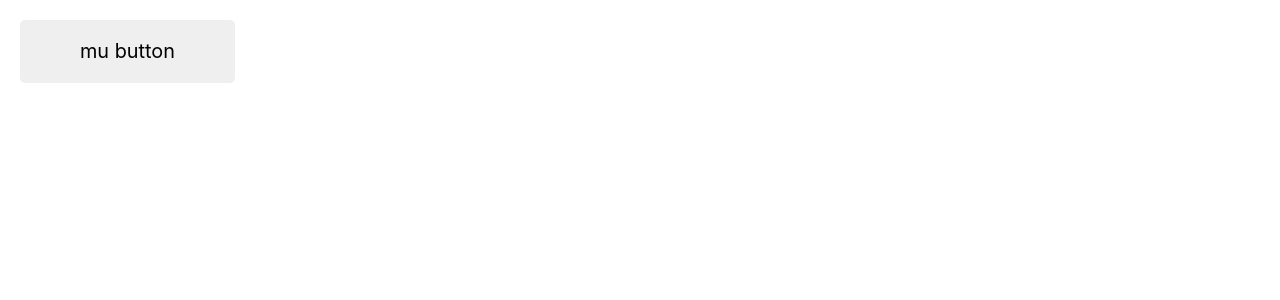
Repository: HuoXiaoYe/huoxiaoye_mumu
Page: /
These files come from the project's save history. The page is drawn as it stood at one moment and after a run of saves; the edit follows.
The browser window is 1280 px wide. The pictures show the whole page.
The project was rebuilt for these pictures with package versions that can differ from the ones it lists, and the page was loaded fresh each time.

Above is the page before, as saved 2020-07-06 10:11:33.

After the next 2 saves:
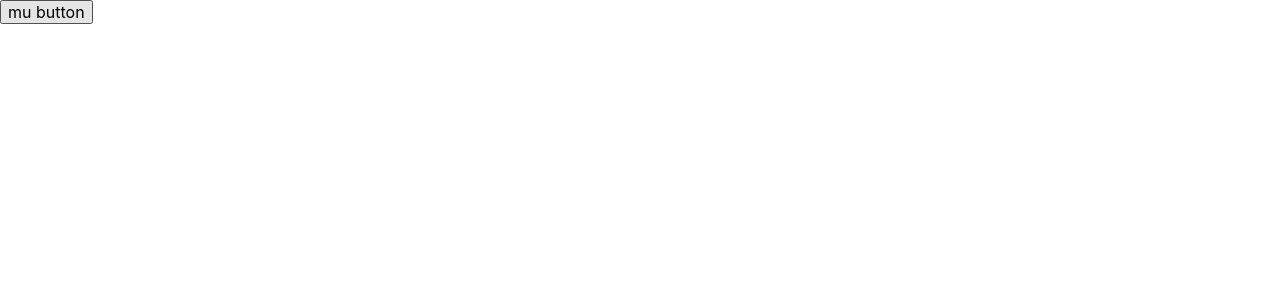
The 2 saves are shown as one change because 1 did not build or start.
The last was saved 76 s later.
--- a/src/ui/components/button/button.tsx
+++ b/src/ui/components/button/button.tsx
@@ -18,6 +18,8 @@ const Button: React.FC<baseButtonProps> = (props) => {
         size, type,disabled,
     } = props
     let btnClass = generateClassName("btn",{
+        'mu-button':true,
+        [`mu-${size}`]:size,
 
     })
     useEffect(() => {
@@ -25,7 +27,7 @@ const Button: React.FC<baseButtonProps> = (props) => {
 
     })
     return (
-            <button className="mu-button mu-large">
+            <button className={btnClass}>
                 {
                     props.children
                 }
